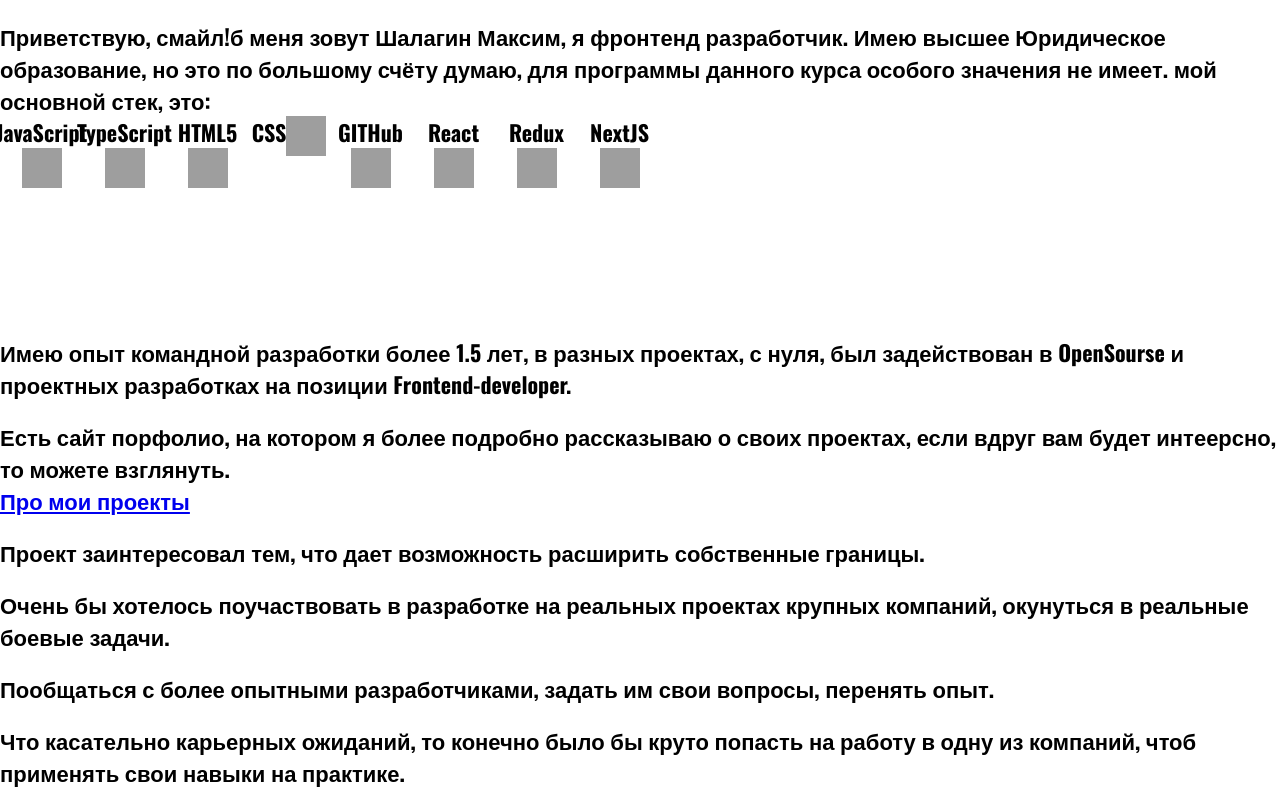
Repository: ni4egonepridumal/letter
Page: index.html
An editor plug-in stored every save of this project. The page is shown before and after the next save, followed by the edit.
The browser window is 1280 px wide. The pictures show the whole page.
Pictures or frames that could not be fetched are drawn as grey boxes.

Above is the page before, as saved 2024-01-18 17:32:37.

After the next save:
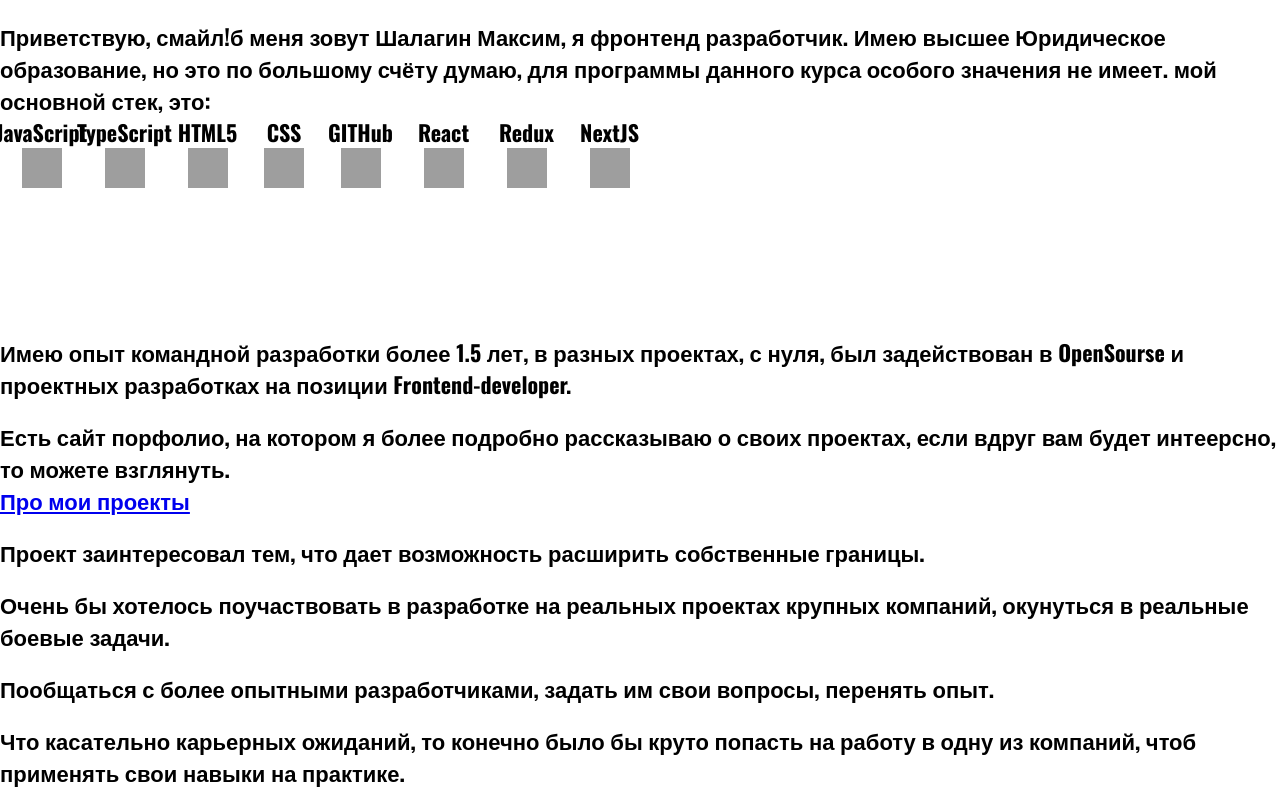
Saved 22 s later.
--- a/style.css
+++ b/style.css
@@ -27,7 +27,7 @@ p {
   flex-wrap: wrap;
 }
 .img_css {
-  width: 80px;
+  width: 70px;
   display: flex;
   justify-content: center;
   flex-wrap: wrap;
